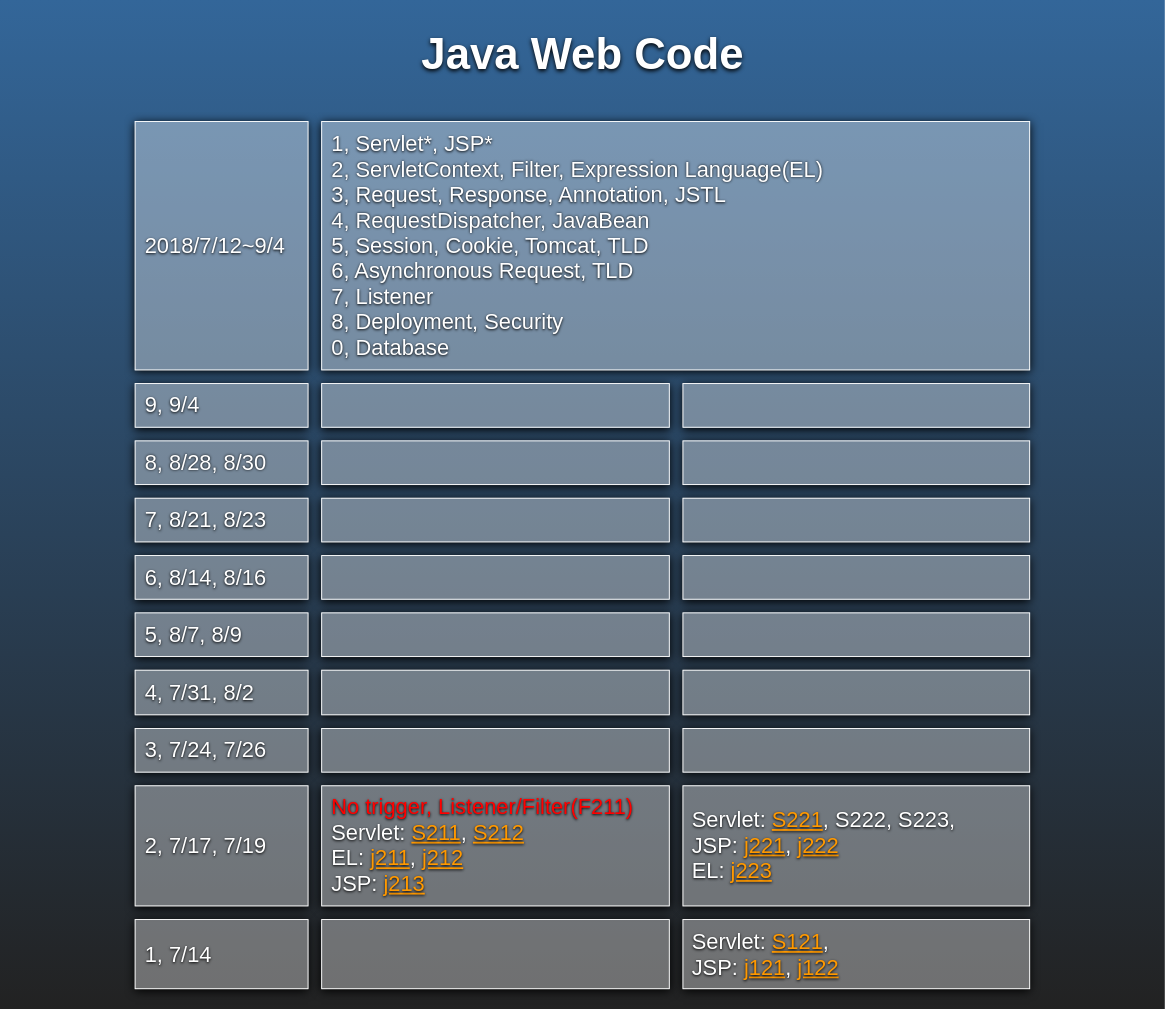
Repository: anxhuang/Java_Web
Page: http://localhost/code/
These files come from the project's save history. The page is drawn as it stood at one moment and after the next save; the edit follows.
The browser window is 1280 px wide. The pictures show the whole page, at 91% of full size.
The page is served by Tomcat 9. Other server files are loaded and not shown.

Above is the page before, as saved 2018-07-24 09:59:19.

### code/WebContent/index.html
<!DOCTYPE html>
<html>
<head>
<meta charset="BIG5">
<title>Insert title here</title>
<style>
	body{
		font-size: 0.25in;
		font-family: Arial;
		background: linear-gradient(#369, #222);;
		/*background-image: url("https://fsa.zobj.net/crop.php?r=ao88GxCisk4oY2NINS9REEtIWhpZOc22-qItDMLD3PM32O_JkS6wNJkg6nyYIREcmC0vWqaqI6LJaUOxd-WXbPJcJwdQ8BFboZ63vqok2a4Dr1BmLINjzf1ENB44EzZlDTbMtV754atZi7iy");*/
		/*background-size: cover;*/
	}
	h1{
		color: #FFF;
		text-shadow: 0px 2px 5px #000;
		text-align: center;
	}
	table{
		width: 80%;
		margin: 0 auto;
		border-spacing: 0.15in;
	}
	td{
		color: #FFF;
		text-shadow: 0px 1px 3px #000;
		padding: 0.1in;
		border: 1px solid #FFF;
		background: rgba(255,255,255,0.35);
		box-shadow: 0px 2px 10px #000;
	}
	td:first-child{
		width: 20%;
	}
	td:nth-child(2){
		width: 40%;
	}
	td:nth-child(3){
		width: 40%;
	}
	a:link		{color: #F90;}
	a:visited	{color: #47F;}
</style>
</head>
<body>

	<h1>Java Web Code</h1>

	<table>
		<tbody>
			<tr>
				<td>2018/7/12~9/4</td>
				<td colspan="2">
					1, Servlet*, JSP*<br>
					2, ServletContext, Filter, Expression Language(EL)<br>
					3, Request, Response, Annotation, JSTL<br>
					4, RequestDispatcher, JavaBean<br>
					5, Session, Cookie, Tomcat, TLD<br>
					6, Asynchronous Request, TLD<br>
					7, Listener<br>
					8, Deployment, Security<br>
					0, Database
				</td>
			</tr>
			<tr>
				<td>9, 9/4</td>
				<td></td>
				<td></td>
			</tr>
			<tr>
				<td>8, 8/28, 8/30</td>
				<td></td>
				<td></td>
			</tr>
			<tr>
				<td>7, 8/21, 8/23</td>
				<td></td>
				<td></td>
			</tr>
			<tr>
				<td>6, 8/14, 8/16</td>
				<td></td>
				<td></td>
			</tr>
			<tr>
				<td>5, 8/7, 8/9</td>
				<td></td>
				<td></td>
			</tr>
			<tr>
				<td>4, 7/31, 8/2</td>
				<td></td>
				<td></td>
			</tr>
			<tr>
				<td>3, 7/24, 7/26</td>
				<td></td>
				<td></td>
			</tr>
			<tr>
				<td>2, 7/17, 7/19</td>
				<td>
					<font color="red">No trigger, Listener/Filter(F211)</font>
					<br>
					Servlet:
					<a href="S211">S211</a>,
					<a href="S212">S212</a>
					<br>
					EL:
					<a href="j211.jsp">j211</a>,
					<a href="j212.jsp">j212</a>
					<br>
					JSP:
					<a href="j213.jsp">j213</a>
				</td>
				<td>
					Servlet:
					<a href="S221">S221</a>,
					S222,
					S223,
					<br>
					JSP:
					<a href="j221.jsp">j221</a>,
					<a href="j222.jsp">j222</a>
					<br>
					EL:
					<a href="j223.jsp">j223</a>
				</td>
			</tr>
			<tr>
				<td>1, 7/14</td>
				<td></td>
				<td>
					Servlet:
					<a href="S121">S121</a>,
					<br>
					JSP:
					<a href="j121.jsp">j121</a>,
					<a href="j122.jsp">j122</a>
				</td>
			</tr>
		</tbody>
	</table>
</body>
</html>

After the next save:
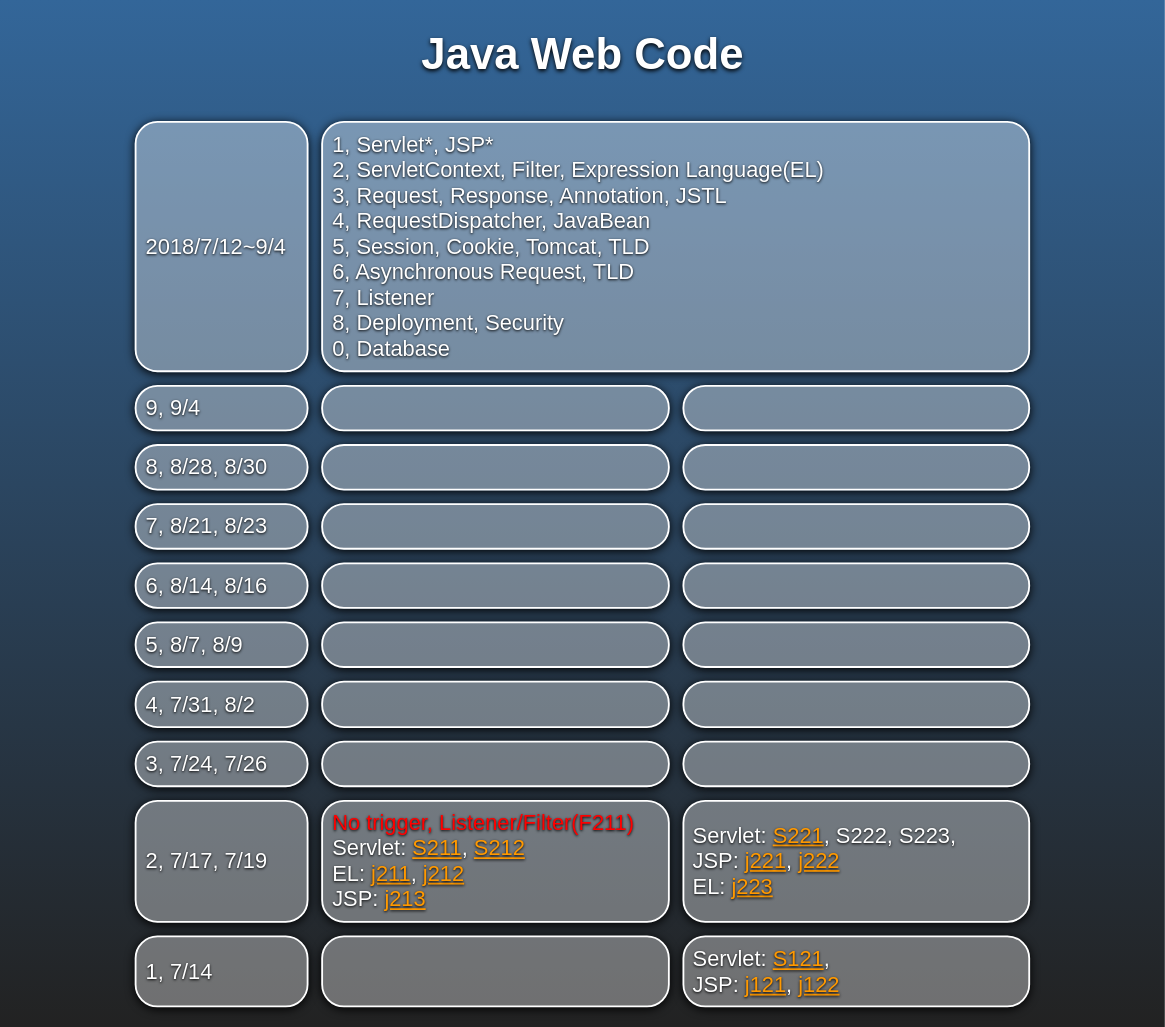
Saved 68 s later.
--- a/code/WebContent/index.html
+++ b/code/WebContent/index.html
@@ -25,9 +25,10 @@
 		color: #FFF;
 		text-shadow: 0px 1px 3px #000;
 		padding: 0.1in;
-		border: 1px solid #FFF;
+		border: 2px solid #FFF;
 		background: rgba(255,255,255,0.35);
 		box-shadow: 0px 2px 10px #000;
+		border-radius: 25px;
 	}
 	td:first-child{
 		width: 20%;
